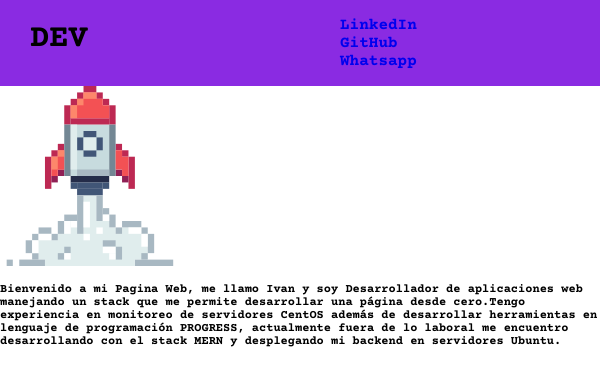
Repository: FxIvan/myweb
Page: /
The author's editor kept a copy of each file at every save. The page is drawn from the files as they stood at one save, then again after the next save.
The browser window is 600 px wide. The pictures show the whole page.
The project was rebuilt for these pictures with package versions that can differ from the ones it lists, and the page was loaded fresh each time.

Above is the page before, as saved 2022-11-02 12:16:44.

After the next save:
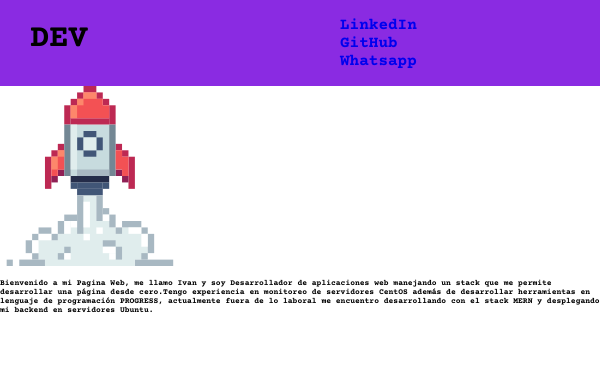
Saved 20 s later.
--- a/src/component/css/header.css
+++ b/src/component/css/header.css
@@ -103,7 +103,7 @@
         width: 100%;
     }
     .presentacion-text p{
-      font-size: 12px;
+      font-size: 8px;
       width: 100%;
     }
 }
